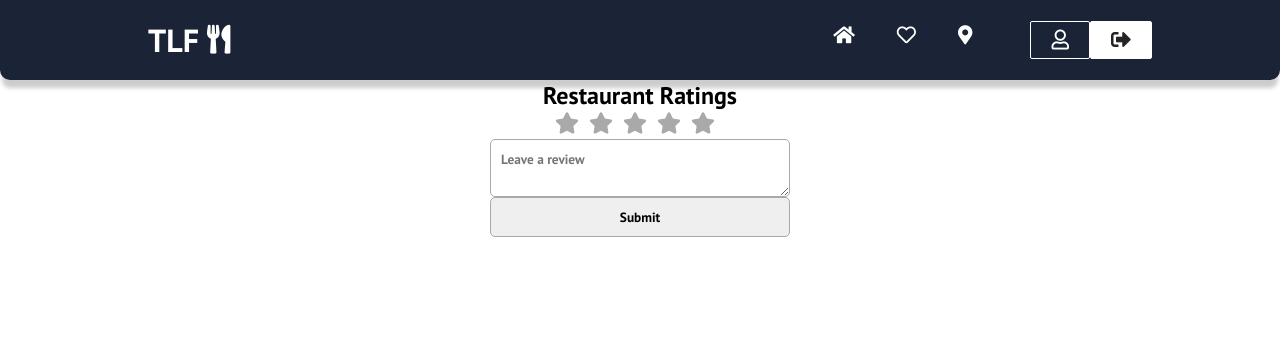
Repository: bethel-school-of-technology/the-local-fork-frontend
Page: /favorites
These files come from the project's save history. The page is drawn as it stood at one moment and after the next save; the edit follows.
The browser window is 1280 px wide. The pictures show the whole page.
The project was rebuilt for these pictures with package versions that can differ from the ones it lists, and the page was loaded fresh each time. Also part of the build but not shown: src/Components/pages/SignUp.js, src/Components/pages/Delete.js, src/Components/pages/PersonPut.js, src/Components/pages/Login.js, src/Components/pages/Home.js, src/Components/pages/ProfilePage.js, src/Components/pages/Newres.js.

Above is the page before, as saved 2021-11-02 19:21:53.

### src/App.js
import React from "react";
import Navbar from "./Components/Navbar";
import { BrowserRouter as Router, Switch, Route} from "react-router-dom";
import "./App.css";


import Signup from "./Components/pages/SignUp";
import Delete from "./Components/pages/Delete";
import Put from "./Components/pages/PersonPut";
import Login from "./Components/pages/Login";
import Home from "./Components/pages/Home";
import Profile from "./Components/pages/ProfilePage";
import Favorites from "./Components/pages/Favorites";
import Newres from "./Components/pages/Newres";

import Logout from "./Components/pages/Logout";


function App() {
  return (
    <>
      <Router>
        <Navbar />

        <Switch>
          <Route path="/Login" exact component={Login} />
          <Route path="/profile" exact component={Profile} />
          <Route path="/signup" exact component={Signup} />
          <Route path="/Put" exact component={Put} />
          <Route path="/Delete" exact component={Delete} />
          <Route path="/" exact component={Home} />
          <Route path="/favorites" exact component={Favorites} />
          <Route path="/Res" exact component={Newres} />
          <Route path="/logout" exact component={Logout} />


        </Switch>
      </Router>
    </>
  );
}

export default App;

### src/Components/Navbar.js
import React, { useState, useEffect } from "react";
import { Link } from "react-router-dom";
import "./Navbar.css";
import { Button } from "./Button";
import { Button2 } from "./Button2";

function Navbar() {
  const [click, setClick] = useState(false);
  const [button, setButton] = useState(true);

  const handleClick = () => setClick(!click);
  const closeMobileMenu = () => setClick(false);

  const showButton = () => {
    if (window.innerWidth <= 960) {
      setButton(false);
    } else {
      setButton(true);
    }
  };

  useEffect(() => {
    showButton();
  }, []);

  window.addEventListener("resize", showButton);

  return (
    <>
      <nav className="navbar">
        <div className="navbar-container">
          <Link to="/" className="navbar-logo" onClick={closeMobileMenu}>
            TLF <i className="fas fa-utensils" />
          </Link>
          <div className="menu-icon" onClick={handleClick}>
            <i className={click ? "fas fa-times" : "fas fa-bars"} />
          </div>
          <ul className={click ? "nav-menu active" : "nav-menu"}>
            <li className="nav-item">
              <Link to="/" className="nav-links" onClick={closeMobileMenu}>
                <i className="fas fa-home"></i>
              </Link>
            </li>
            <li className="nav-item">
              <Link
                to="/favorites"
                className="nav-links"
                onClick={closeMobileMenu}
              >
                <i className="far fa-heart"></i>
              </Link>
            </li>
            <li className="nav-item">
              <Link
                to="/map"
                className="nav-links"
                onClick={closeMobileMenu}
              >
                <i className="fas fa-map-marker-alt"></i>
              </Link>
            </li>
            <li className="">
              <Link
                to="/signup"
                className="nav-links-mobile"
                onClick={closeMobileMenu}
              >
                <i className="far fa-user"></i>
              </Link>
            </li>
            <li className="">
              <Link
                to="/"
                className="nav-links-mobile"
                onClick={closeMobileMenu}
              >
                <i className="fas fa-sign-out-alt"></i>
              </Link>
            </li>
          </ul>
          {button && <Button buttonStyle="btn--outline"></Button>}
          {button && <Button2 buttonStyle="btn--outline"></Button2>}
        </div>
      </nav>
    </>
  );
}

export default Navbar;

### src/Components/pages/Favorites.js
import React from "react";
import { FaStar } from "react-icons/fa";
import { useState } from "react/cjs/react.development";

const colors = {
  orange: "#FFBA5A",
  grey: "#a9a9a9",
};

function App() {
  const stars = Array(5).fill(0);
  const [currentValue, setCurrentValue] = React.useState(0);
  const [hoverValue, setHoverValue] = React.useState(undefined);

  const handleClick = (value) => {
    setCurrentValue(value);
  };

  const handleMouseOver = (value) => {
    setHoverValue(value);
  };

  const handleMouseLeave = () => {
    setHoverValue(undefined);
  };

  return (
    <div style={styles.container}>
      <h2>Restaurant Ratings</h2>
      <div style={styles.stars}>
        {stars.map((_, index) => {
          return (
            <FaStar
              key={index}
              size={24}
              style={{
                marginRight: 10,
                cursor: "pointer",
              }}
              color={
                (hoverValue || currentValue) > index
                  ? colors.orange
                  : colors.grey
              }
              onClick={() => handleClick(index + 1)}
              onMouseOver={() => handleMouseOver(index + 1)}
              onMouseLeave={handleMouseLeave}
            />
          );
        })}
      </div>
      <textarea placeholder="Leave a review" style={styles.textarea} />
      <button style={styles.button}>Submit</button>
    </div>
  );
}

const styles = {
  container: {
    display: "flex",
    flexDirection: "column",
    alignItems: "center",
  },
  textarea: {
    border: "1px solid #a9a9a9",
    borderRadius: 5,
    width: 300,
    padding: 10
  },
  button: {
    border: "1px solid #a9a9a9",
    borderRadius: 5,
    width: 300,
    padding: 10
  },
};

export default App;

// export default class Favorites extends React.Component {
//   render() {
//     return (
//       <ul>
//         <li>
//           <h1>User Favorites Page</h1>
//         </li>
//       </ul>
//     );
//   }
//}

### src/Components/pages/Logout.js
import React from "react";
import { useHistory } from "react-router-dom";
import "../Button2.css";

const STYLES = ['btn--primary', 'btn--outline']
const SIZES = ['btn--medium', 'btn--large'];

const Logout = ({
    children,
    type,
    onClick,
    buttonStyle,
    buttonSize,
}) => {
    let history = useHistory();


    const checkButtontStyle = STYLES.includes(buttonStyle)
        ? buttonStyle
        : STYLES[0];

    const checkButtontSize = SIZES.includes(buttonSize)
        ? buttonSize
        : SIZES[0];

    const handleSubmit = () => {
        localStorage.removeItem("mytoken");
        history.push('/login');

    }

    return (
        <form onSubmit={handleSubmit}>

            <button
                className={`btn fas fa-sign-out-alt ${checkButtontStyle} ${checkButtontSize}`}
                onClick={onClick}
                type={type, "submit"}
            >
                {children}
            </button>
        </form>
    )

};

export default Logout;

### src/Components/Navbar.css
.navbar {
    background: #1a2436;
    border-bottom-right-radius: 10px;
    border-bottom-left-radius: 10px;
    box-shadow: 0 10px 4px -2px rgba(0,0,0,.2);
    height: 80px;
    display: flex;
    justify-content: center;
    align-items: center;
    font-size: 1.2rem;
    position: sticky;
    top: 0;
    z-index: 999;
  }

  .navbar-container {
    display: flex;
    justify-content: center;
    align-items: center;
    height: 80px;
    max-width: 1500px;
  }

  .navbar-logo {
    color: #fff;
    justify-self: start;
    margin-left: 20px;
    cursor: pointer;
    text-decoration: none;
    font-size: 2rem;
    display: flex;
    align-items: center;
  }

  .fa-utensils {
    margin-left: 0.5rem;
    font-size: 1.8rem;
  }

  .nav-menu {
    display: grid;
    grid-template-columns: repeat(4, auto);
    grid-gap: 10px;
    list-style: none;
    text-align: center;
    width: 60vw;
    justify-content: end;
    margin-right: 2rem;
  }

  .nav-item {
    height: 80px;
  }

  .nav-links {
    color: #fff;
    display: flex;
    align-items: center;
    text-decoration: none;
    padding: 0.5rem 1rem;
    height: 100%;
  }

  .nav-links:hover {
    border-bottom: 4px solid #fff;
    transition: all 0.2s ease-out;
  }

  .fa-bars {
    color: #fff;
  }

  .nav-links-mobile {
    display: none;
  }

  .menu-icon {
    display: none;
  }

  @media screen and (max-width: 960px) {
    .NavbarItems {
      position: relative;
    }

    .nav-menu {
      display: flex;
      flex-direction: column;
      width: 100%;
      height: 90vh;
      position: absolute;
      top: 80px;
      left: -100%;
      opacity: 1;
      transition: all 0.5s ease;
    }

    .nav-menu.active {
      background: #242222;
      left: 0;
      opacity: 1;
      transition: all 0.5s ease;
      z-index: 1;
    }

    .nav-links {
      text-align: center;
      padding: 2rem;
      width: 100%;
      display: table;
    }

    .nav-links:hover {
      background-color: #fff;
      color: #242424;
      border-radius: 0;
    }

    .navbar-logo {
      position: absolute;
      top: 0;
      left: 0;
      transform: translate(25%, 50%);
    }

    .menu-icon {
      display: block;
      position: absolute;
      top: 0;
      right: 0;
      transform: translate(-100%, 60%);
      font-size: 1.8rem;
      cursor: pointer;
    }

    .fa-times {
      color: #fff;
      font-size: 2rem;
    }

    .nav-links-mobile {
      display: block;
      text-align: center;
      margin: 2rem auto;
      border-radius: 4px;
      width: 80%;
      text-decoration: none;
      font-size: 1.5rem;
      background-color: transparent;
      color: #fff;
      padding: 14px 20px;
      border: 1px solid #fff;
      transition: all 0.3s ease-out;
    }

    .nav-links-mobile:hover {
      background: #fff;
      color: #242424;
      transition: 250ms;
    }
  }

### src/Components/Button.js
import React from "react";
import "./Button.css";
import { Link } from "react-router-dom";

const STYLES = ['btn--primary', 'btn--outline']

const SIZES = ['btn--medium', 'btn--large'];

export const Button = ({
    children,
    type,
    onClick,
    buttonStyle,
    buttonSize,
 }) => {
    const checkButtontStyle = STYLES.includes(buttonStyle)
    ? buttonStyle
    : STYLES[0];

    const checkButtontSize = SIZES.includes(buttonSize)
    ? buttonSize
    : SIZES[0];

    return (
        <Link to='/signup' className='btn-mobile'>
            <button
            className={`btn far fa-user ${checkButtontStyle} ${checkButtontSize}`}
            onClick={onClick}
            type={type}
            >
                {children}
            </button>
            </Link>
    );
 };

### src/Components/Button2.js
import React from "react";
import "./Button2.css";
import { Link } from "react-router-dom";
import Logout from "./pages/Logout";

const STYLES = ['btn--primary', 'btn--outline']
const SIZES = ['btn--medium', 'btn--large'];

export const Button2 = ({
    children,
    type,
    onClick,
    buttonStyle,
    buttonSize,
}) => {
    const checkButtontStyle = STYLES.includes(buttonStyle)
        ? buttonStyle
        : STYLES[0];

    const checkButtontSize = SIZES.includes(buttonSize)
        ? buttonSize
        : SIZES[0];

    return (
        <div>
            {/* <Link to='/' className='btn-mobile'> */}
            {/* <button    //This isn't right...
                    className={`btn fas fa-sign-out-alt ${checkButtontStyle} ${checkButtontSize}`}
                    onClick={onClick}
                    type={type}
                >
                    {children}
                </button> */}
            <Logout />
            {/* </Link> */}
        </div>
    );
};

### src/Components/Button2.css
:root {
    --primary: #fff;
    }

    .btn {
        padding: 8px 20px;
        border-radius: 2px;
        outline: none;
        border: none;
        cursor: pointer;
    }

    .btn--primary {
        background-color: var(--primary);
        color: #242424;
        border: 1px solid var(--primary);
    }

    .btn--outline {
        background-color: transparent;
        color: #fff;
        padding: 8px 20px;
        border: 1px solid var(--primary);
        transition: all 0.3s ease-out;
    }

    .btn--medium {
        padding: 8px 20px;
        font-size: 20px;
    }

    .btn--large {
        padding: 8px 20px;
        font-size: 20px;
    }

    .btn--medium:hover,
    .btn--large:hover {
        background: #fff;
        color: #242424;
        transition: all 0.3s ease-out;
    }

### src/Components/Button.css
:root {
    --primary: #fff;
    }

    .btn {
        padding: 8px 20px;
        border-radius: 2px;
        outline: none;
        border: none;
        cursor: pointer;
    }

    .btn--primary {
        background-color: var(--primary);
        color: #242424;
        border: 1px solid var(--primary);
    }

    .btn--outline {
        background-color: transparent;
        color: #fff;
        padding: 8px 20px;
        border: 1px solid var(--primary);
        transition: all 0.3s ease-out;
    }

    .btn--medium {
        padding: 8px 20px;
        font-size: 20px;
    }

    .btn--large {
        padding: 8px 20px;
        font-size: 20px;
    }

    .btn--medium:hover,
    .btn--large:hover {
        background: #fff;
        color: #242424;
        transition: all 0.3s ease-out;
    }

Loaded but not shown: public/index.html (common file); src/index.js (common file); src/App.css (common file)

After the next save:
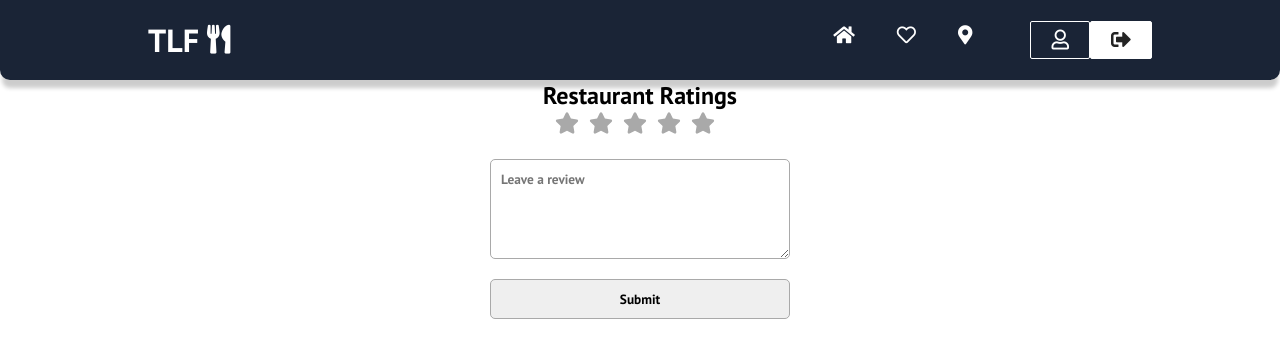
Saved 42 s later.
--- a/src/Components/pages/Favorites.js
+++ b/src/Components/pages/Favorites.js
@@ -65,6 +65,8 @@ const styles = {
     border: "1px solid #a9a9a9",
     borderRadius: 5,
     width: 300,
+    margin: "20px 0",
+    minHeight: 100,
     padding: 10
   },
   button: {
